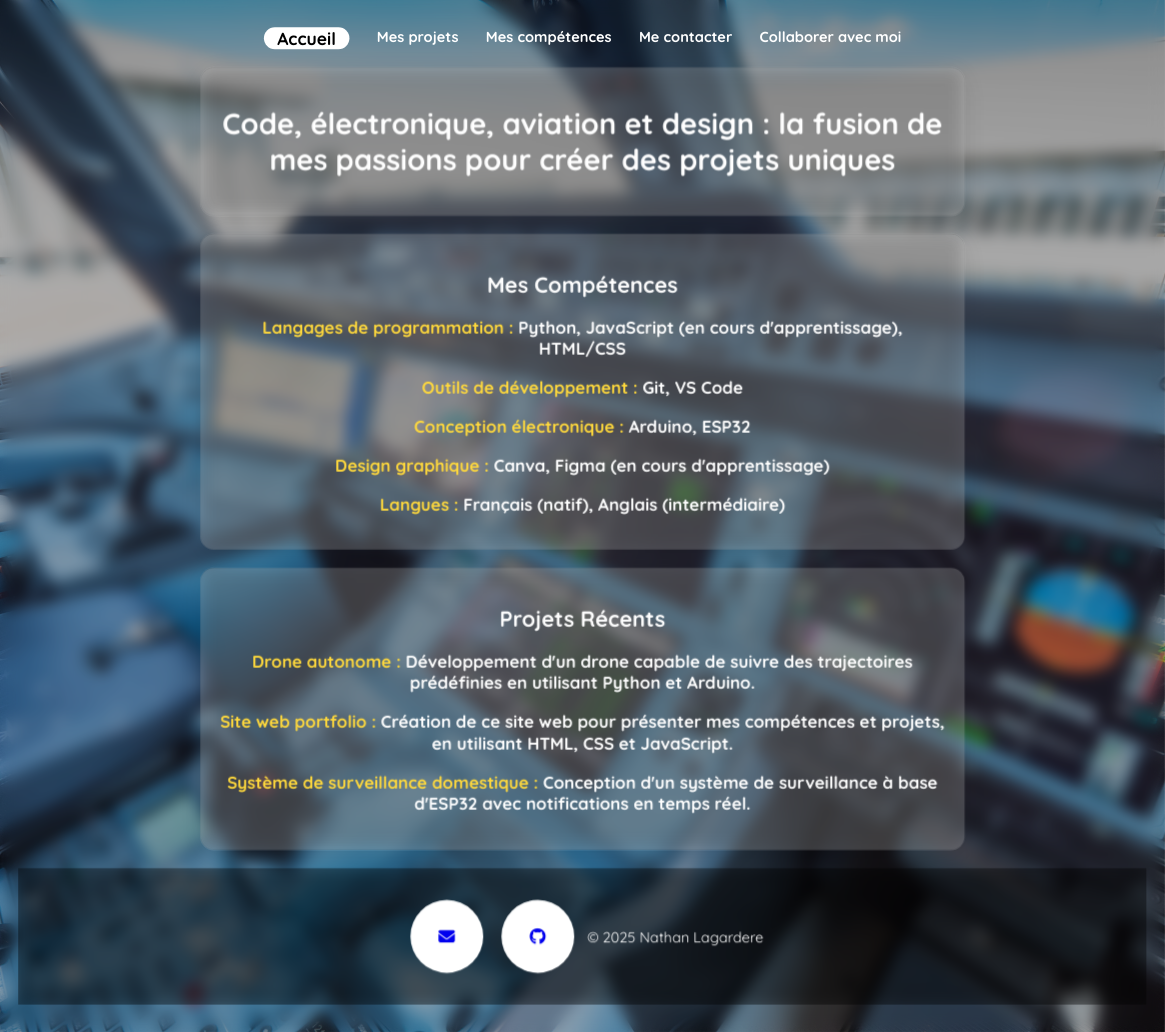
Repository: nlagardere/myportfolio
Page: index - Copie.html
An editor plug-in stored every save of this project. The page is shown before and after the next save, followed by the edit.
The browser window is 1280 px wide. The pictures show the whole page, at 91% of full size.

Above is the page before, as saved 2025-09-06 10:35:04.

After the next save:
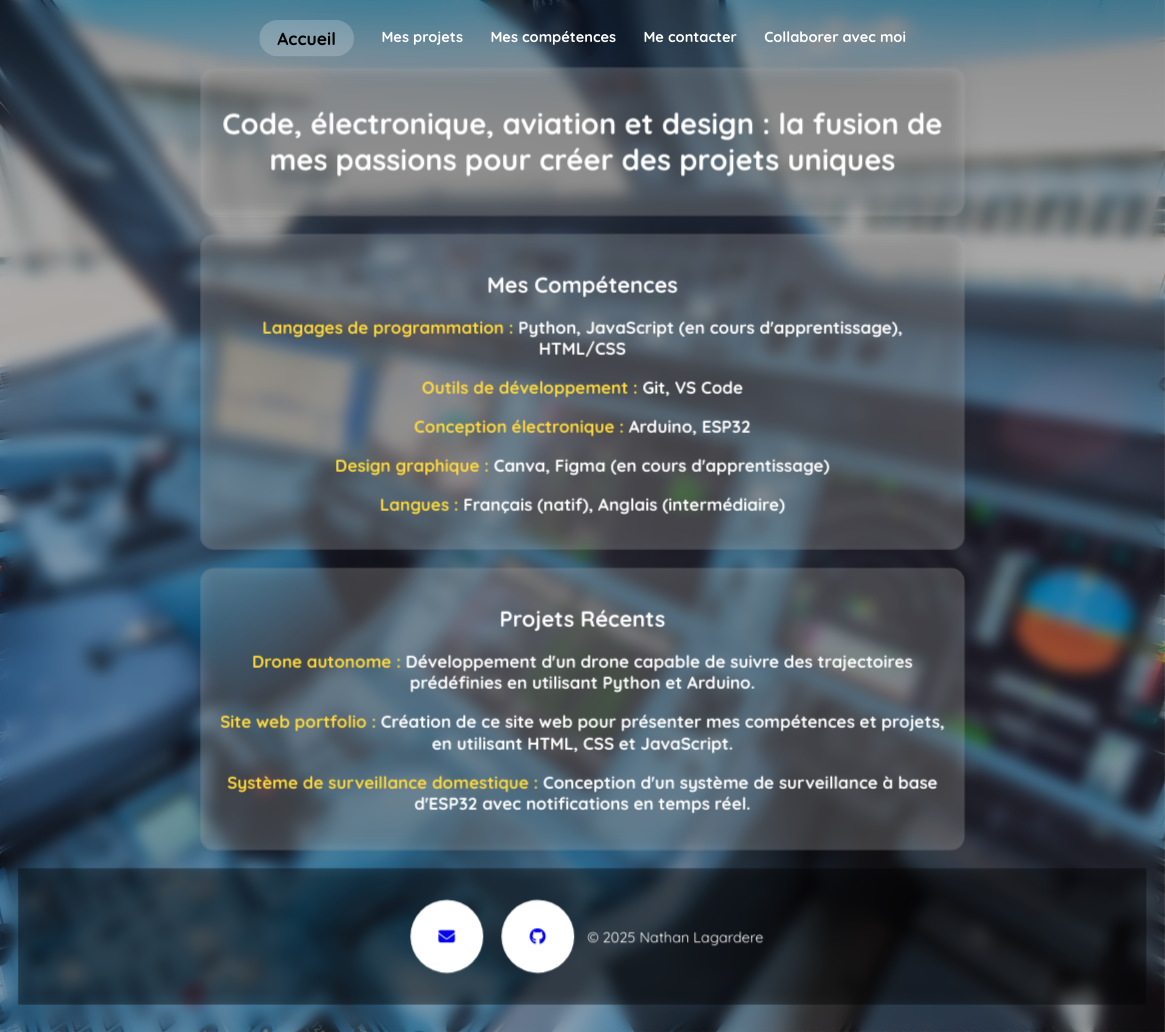
Saved 6 s later.
--- a/index - Copie.html
+++ b/index - Copie.html
@@ -176,12 +176,22 @@
       color: #FF5733;
     }
 
-    .navbar .accueil-wrapper {
-      background: #FFFFFF;
-      color: #000000;
-      padding: 0px 15px;
-      border-radius: 25px;
-    }
+    .accueil-wrapper {
+  background: rgba(255, 255, 255, 0.2);
+  backdrop-filter: blur(10px);
+  padding: 8px 20px;
+  border-radius: 25px;
+  color: #fff;
+  font-weight: bold;
+  transition: all 0.3s ease;
+}
+
+.accueil-wrapper:hover {
+  background: rgba(255, 255, 255, 0.4);
+  transform: scale(1.05);
+  color: #FFD93D;
+}
+
 
     /* ========== RESPONSIVE ========== */
     @media (max-width: 600px) {
